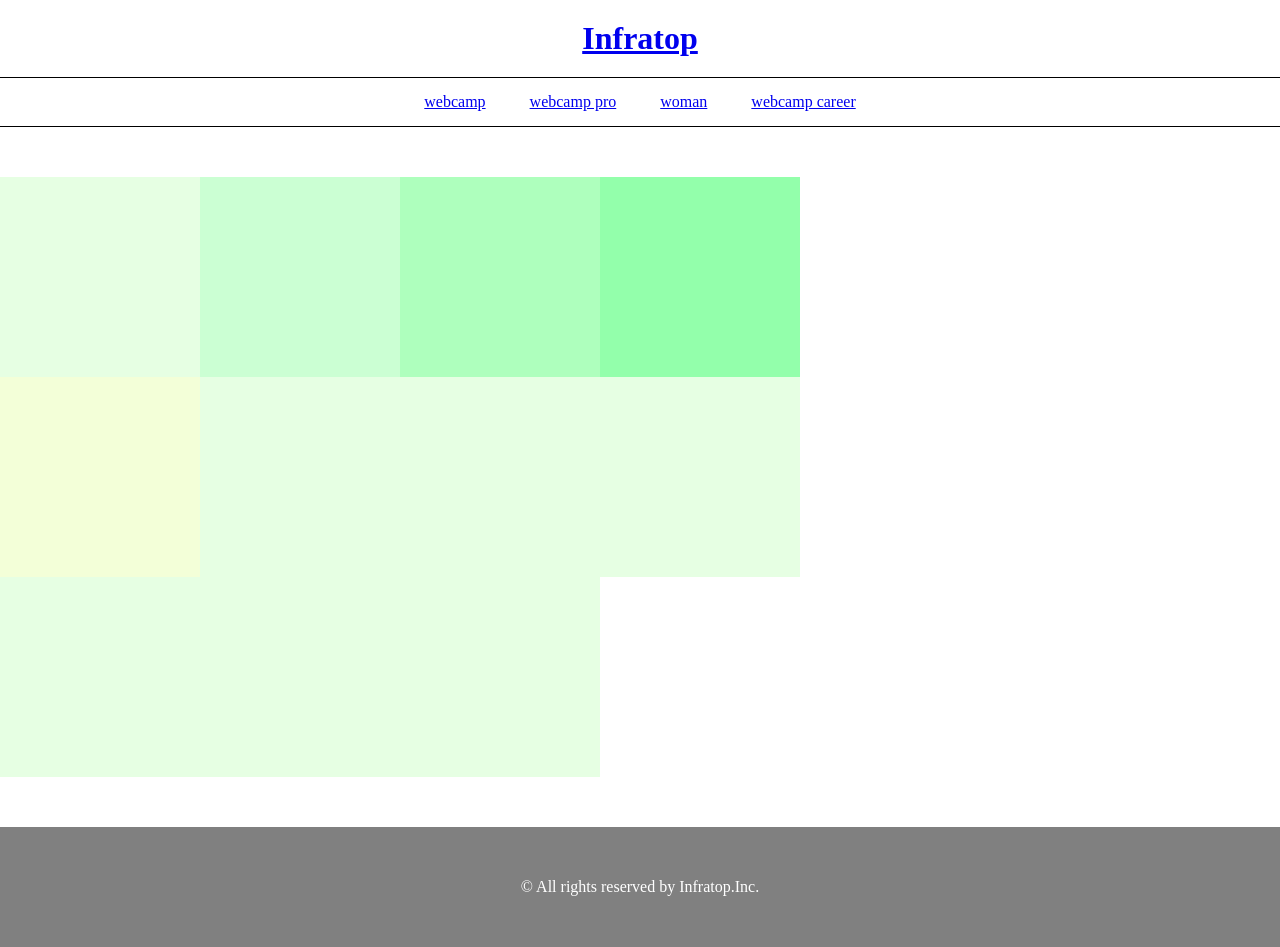
Repository: rascalNoShippo/git-practice
Page: chapter5_exercise/index.html
The author's editor kept a record of every edit. The page is drawn from the files as they stood at one moment, then again after the next edit.
The browser window is 1280 px wide. The pictures show the whole page.

Above is the page before.

After the next edit:
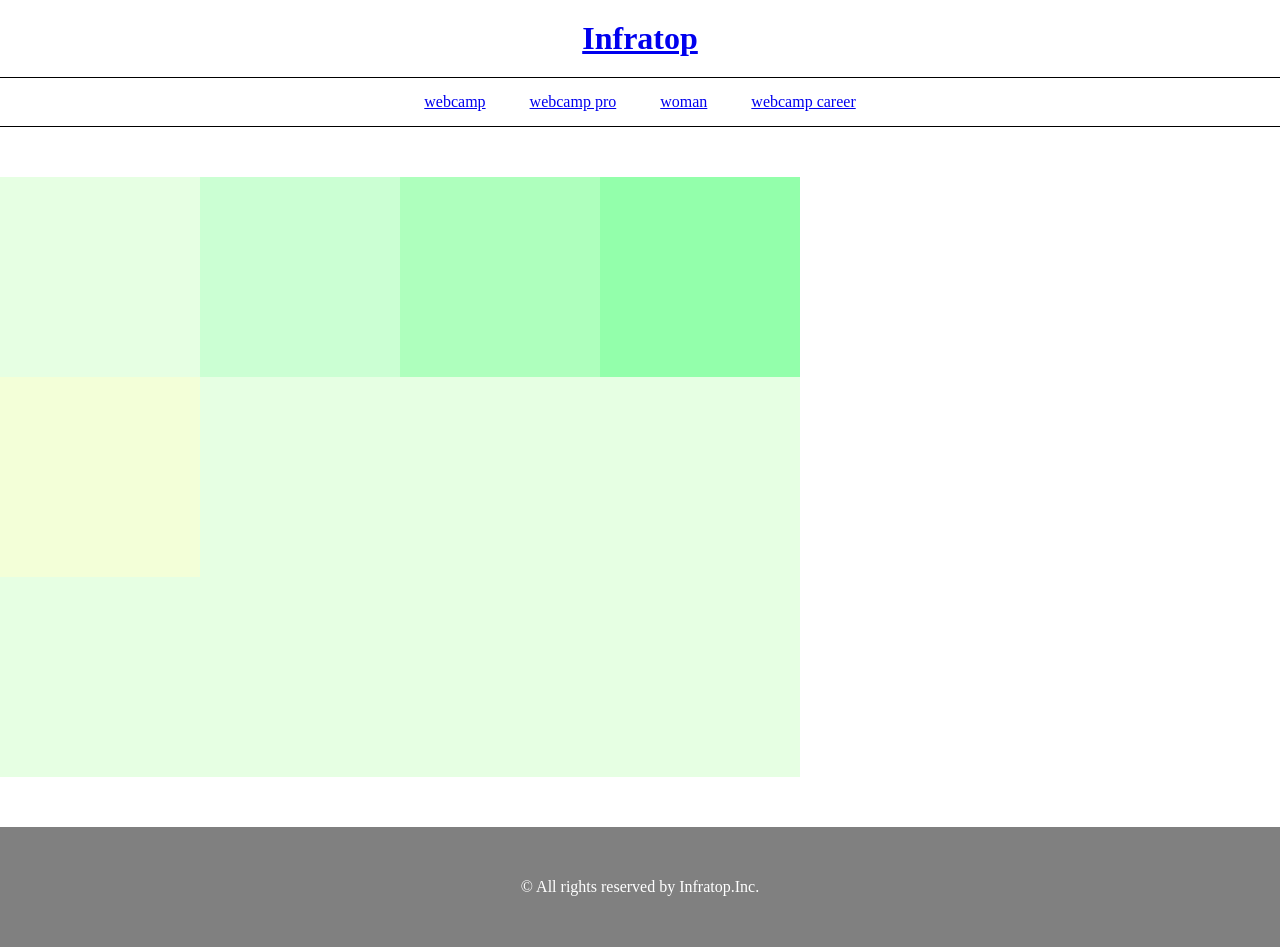
The edit:
--- a/chapter5_exercise/style.css
+++ b/chapter5_exercise/style.css
@@ -82,7 +82,7 @@
   background-color: #e6ffe3;
 }
 
-.box.n1{
+.box.n12{
   background-color: #e6ffe3;
 }
 
